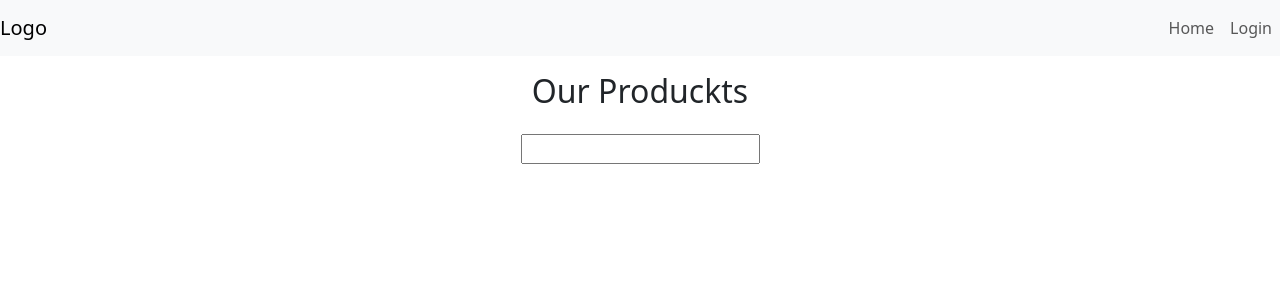
Repository: Aref19/eshop_frontEnd
Page: /
These files come from the project's save history. The page is drawn as it stood at one moment and after a run of saves; the edit follows.
The browser window is 1280 px wide. The pictures show the whole page.
The page's requests for data from a server got no answer. The project was rebuilt for these pictures with package versions that can differ from the ones it lists, and the page was loaded fresh each time. No one was signed in, and anything a server would have sent is missing. Also part of the build but not shown: src/component/Login.js, src/component/UserSignIn.js, src/component/ProviderSignIn.js, src/component/CardProduckt.js.

Above is the page before, as saved 2023-02-27 00:03:02.

### src/index.js
import React from 'react';
import './index.css';
import App from './App';
import reportWebVitals from './reportWebVitals';
import ReactDOM from "react-dom/client";
import {BrowserRouter} from "react-router-dom"

import  'bootstrap/dist/js/bootstrap.min.js'
import 'bootstrap/dist/css/bootstrap.min.css'


const root = ReactDOM.createRoot(document.getElementById('root'));
root.render(
  <React.StrictMode>
    <BrowserRouter>
    <App />
    </BrowserRouter>

  </React.StrictMode>
);
// If you want to start measuring performance in your app, pass a function
// to log results (for example: reportWebVitals(console.log))
// or send to an analytics endpoint. Learn more: https://bit.ly/CRA-vitals
reportWebVitals();

### src/App.js
import './App.css';
import Login from './component/Login'
import UserSignIn from './component/UserSignIn'
import ProviderSign from './component/ProviderSignIn'
import ReactDOM from "react-dom/client";
import Navbar from "./component/Navbar"
import { Route, Routes } from "react-router-dom"
import Home from "./component/Home"
import {
  createBrowserRouter,
  RouterProvider,
} from "react-router-dom";



const AppLayout = () => (
  <>
    <Navbar />
  </>
);



function App() {
  return (
    <div className="App">
      <Navbar />
      <Routes>
        <Route path="/"
          element={
            <>
              <Home />

            </>
          }
        />
        <Route path="/Login"
          element={
            <>
              <Login />

            </>
          }
        />



      </Routes>
    </div>
  );
}

export default App;

### src/component/Navbar.js
import { Link } from "react-router-dom"

function Navbar() {

    return (
        <>
            <nav className="navbar navbar-expand-lg navbar-light bg-light">
                <Link className="navbar-brand" >Logo</Link>
                <button className="navbar-toggler" type="button" data-toggle="collapse" data-target="#navbarSupportedContent" aria-controls="navbarSupportedContent" aria-expanded="false" aria-label="Toggle navigation">
                    <span className="navbar-toggler-icon"></span>
                </button>

                <div className="collapse navbar-collapse" id="navbarSupportedContent">
                    <ul className="navbar-nav ms-auto">
                        <li className="nav-item active">
                            <Link className="nav-link" to="/">Home </Link>
                        </li>
                        <li className="nav-item">
                            <Link className="nav-link" to="/Login">Login </Link>
                        </li>

                    </ul>
                </div>
            </nav>
        </>
    )
}

export default Navbar;

### src/component/Home.js
import { useEffect, useState } from "react";
import CardProduckt from "./CardProduckt"


function Home() {
  const [produckts, setProduckts] = useState([]);
  const apiUrl = "http://localhost:8182/endUser/getAllItem";

  const getProduckts = () => {
    fetch(apiUrl).then((data) => data.json()).then((data) => setProduckts(data))
  }


  useEffect(() => {
    getProduckts();
  }, [])

  return (
    <>

      <h2 className="text-center p-3">Our Produckts</h2>

         <input type={"text"}/>


      <div className="container">
        <div className="row">
          {
            produckts.map((p) => {
              return (
                <div className="col-3" key={p.id}>
                  <CardProduckt data={p} />
                </div>
              )
            })

          }
        </div>

      </div>

    </>
  )

}

export default Home;

### src/css/Login.css
body{
    margin: 0;
    padding: 0;
    font-family: montserrat ;
    background-color: lightseagreen;
    height: 100vh;
    overflow: hidden;

}

.center
{
    position: absolute;
    top: 50%;
    left: 50%;
    transform: translate(-50%,-50%);
    width: 400px;
    background-color: white;
    border-radius: 10px;


}

.center h1{
    text-align: center;
    padding: 0 0 20px 0;
    border-bottom: 1px solid silver;
}

.center form{
    padding: 0 40px;
    box-sizing: border-box;
}

form .txt_field{
    position: relative;
    border-bottom: 2px solid #adadad;
    margin: 30px;
}

.txt_field input{
    width: 100%;
    padding: 0 5px;
    height: 40px;
    font-size: 16px ;
    border: none;
    background: none;
    outline: none;
}

.txt_field label{
    position: absolute;
    top: 50%;
    left: 5px;
    color: #adadad;
    transform: translateY(-50%);
    font-size: 16px;
    pointer-events: none;

}

.txt_field span::before{
    content: '';
    position: absolute;
    top: 40px;
    left: 0;
    width: 0%;
    height: 2px;
    background: #2691d9;
    transition: .5s;
}

.txt_field input:focus ~ label,
.txt_field input:valid ~ label{
    top: -5px;
    color: #2691d9;
}

.txt_field input:focus ~ span,
.txt_field input:valid ~ span{
    width: 100%;
}

input[type="submit"]{
    width: 100%;
    height: 50px;
    border: 1px solid;
    border-radius: 25px;
    font-size: 18px;
    font-weight: 700;
    cursor: pointer;
    outline: none;
    margin-bottom: 10px;


}
input[type="submit"]:hover{
    border-color: #2691d9;
    transition: .5s;
}

.provider{
 text-align: left;
 padding-bottom: 10px;
}

Loaded but not shown: public/index.html (common file); src/index.css (common file); src/reportWebVitals.js (common file); src/App.css (common file)

After the next 5 saves:
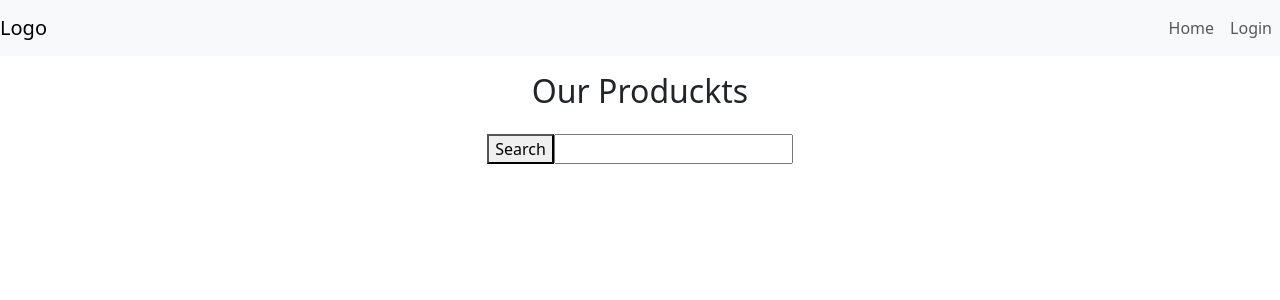
The 5 saves are shown as one change because they came seconds apart.
The last was saved 14 s later.
--- a/src/component/Home.js
+++ b/src/component/Home.js
@@ -19,7 +19,7 @@ function Home() {
     <>
 
       <h2 className="text-center p-3">Our Produckts</h2>
-
+         <button>Search</button>
          <input type={"text"}/>
 
 
